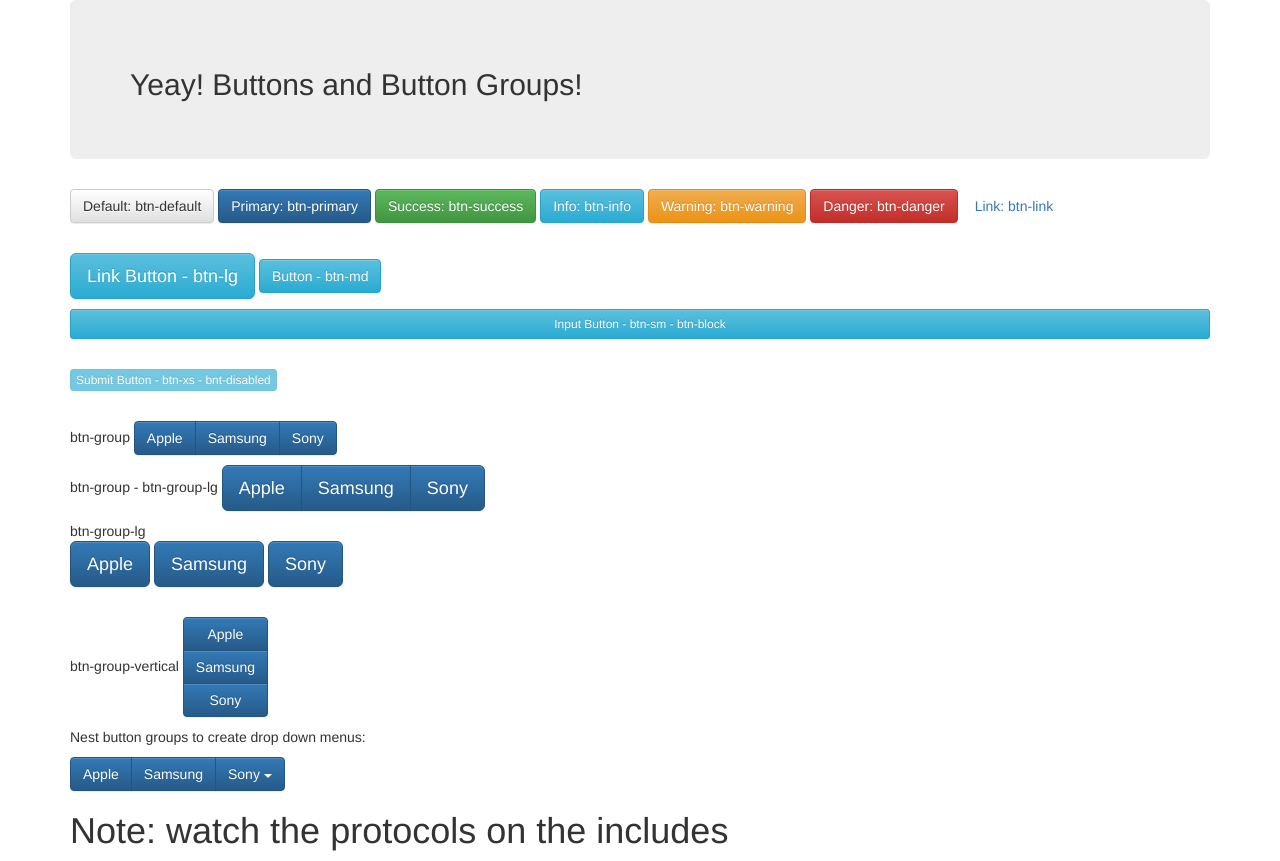
Repository: jksfoTemp/html-css-js
Page: -HTML5/bootstrap/buttons.html
The author's editor kept a record of every edit. The page is drawn from the files as they stood at one moment, then again after the next edit.
The browser window is 1280 px wide. The pictures show the whole page.
Some web libraries are served in a nearby version.

Above is the page before.

### -HTML5/bootstrap/buttons.html
<!DOCTYPE html>
<html lang="en">

<head>
    <title>Bootstrap - Buttons</title>
    <meta charset="utf-8">
    <meta name="viewport" content="width=device-width, initial-scale=1">

    <!-- <link rel="stylesheet" href="http://reset5.googlecode.com/hg/reset.min.css"> -->

    <!-- Latest compiled and minified CSS -->
    <link rel="stylesheet" href="https://maxcdn.bootstrapcdn.com/bootstrap/3.3.2/css/bootstrap.min.css">

    <!-- Optional theme -->
    <link rel="stylesheet" href="https://maxcdn.bootstrapcdn.com/bootstrap/3.3.2/css/bootstrap-theme.min.css">

    <script src="https://code.jquery.com/jquery-2.1.3.min.js"></script>

    <!-- Latest compiled and minified JavaScript -->
    <script src="https://maxcdn.bootstrapcdn.com/bootstrap/3.3.2/js/bootstrap.min.js">
    </script>

</head>

<body>
<div class="container">
    <div class="jumbotron ">
        <h2>Yeay! Buttons and Button Groups!</h2>
    </div>
    <div class="">
        <button type="button" class="btn btn-default">Default: btn-default</button>
        <button type="button" class="btn btn-primary">Primary: btn-primary</button>
        <button type="button" class="btn btn-success">Success: btn-success</button>
        <button type="button" class="btn btn-info">Info: btn-info</button>
        <button type="button" class="btn btn-warning">Warning: btn-warning</button>
        <button type="button" class="btn btn-danger">Danger: btn-danger</button>
        <button type="button" class="btn btn-link">Link: btn-link</button>
    </div>
    &nbsp;
    <p></p>
    <div class="">
        <a href="#" class="btn btn-info btn-primary btn-lg" role="button">Link Button - btn-lg</a>
        <button type="button" class="btn btn-info btn-primary btn-md">Button - btn-md</button>
        &nbsp;
        <p></p>
        <input type="button" class="btn btn-info btn-primary btn-sm btn-block" value="Input Button - btn-sm - btn-block"> &nbsp;
        <p></p>
        <input type="submit" class="btn btn-info btn-primary btn-xs disabled" value="Submit Button - btn-xs - bnt-disabled">

    </div>
    &nbsp;
    <p></p>
    btn-group
    <div class="btn-group">
        <button type="button" class="btn btn-primary">Apple</button>
        <button type="button" class="btn btn-primary">Samsung</button>
        <button type="button" class="btn btn-primary">Sony</button>
    </div>
    &nbsp;
    <p></p>
    btn-group - btn-group-lg
    <div class="btn-group btn-group-lg">
        <button type="button" class="btn btn-primary">Apple</button>
        <button type="button" class="btn btn-primary">Samsung</button>
        <button type="button" class="btn btn-primary">Sony</button>
    </div>
    &nbsp;
    <p></p>
    btn-group-lg
    <div class="btn-group-lg">
        <button type="button" class="btn btn-primary">Apple</button>
        <button type="button" class="btn btn-primary">Samsung</button>
        <button type="button" class="btn btn-primary">Sony</button>
    </div>
    &nbsp;
    <p></p>
    btn-group-vertical
    <div class="btn-group-vertical">
        <button type="button" class="btn btn-primary">Apple</button>
        <button type="button" class="btn btn-primary">Samsung</button>
        <button type="button" class="btn btn-primary">Sony</button>
    </div>
    &nbsp;
    <p></p>
    <p>Nest button groups to create drop down menus:</p>
    <div class="btn-group">
        <button type="button" class="btn btn-primary">Apple</button>
        <button type="button" class="btn btn-primary">Samsung</button>
        <div class="btn-group">
            <button type="button" class="btn btn-primary dropdown-toggle" data-toggle="dropdown">
                Sony <span class="caret"></span>
            </button>
            <ul class="dropdown-menu" role="menu">
                <li><a href="#">Tablet</a>
                </li>
                <li><a href="#">Smartphone</a>
                </li>
            </ul>
        </div>
    </div>
    <p></p>
    <h1>Note: watch the protocols on the includes</h1>

</div>
</body>

</html>

After the next edit:
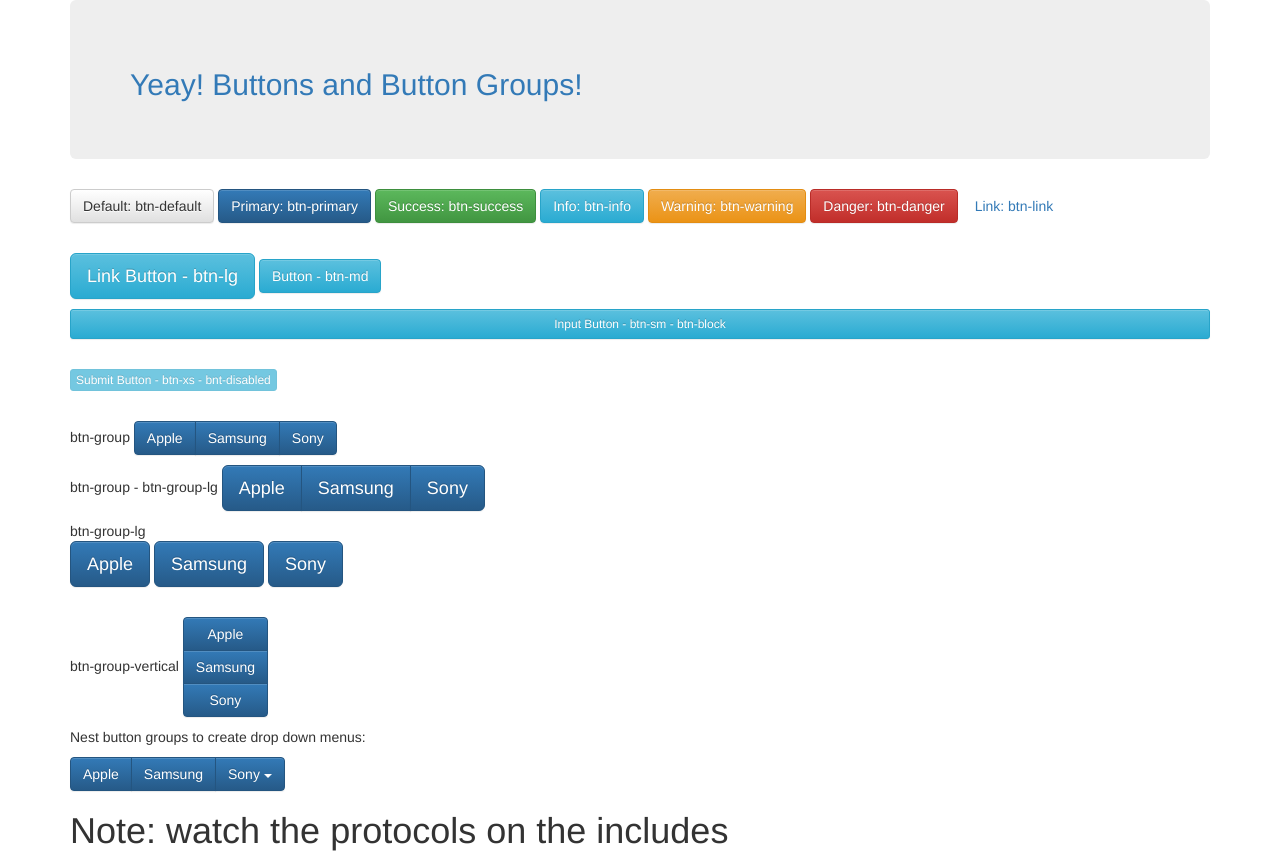
The edit:
--- a/-HTML5/bootstrap/buttons.html
+++ b/-HTML5/bootstrap/buttons.html
@@ -23,85 +23,85 @@
 </head>
 
 <body>
-<div class="container">
-    <div class="jumbotron ">
-        <h2>Yeay! Buttons and Button Groups!</h2>
-    </div>
-    <div class="">
-        <button type="button" class="btn btn-default">Default: btn-default</button>
-        <button type="button" class="btn btn-primary">Primary: btn-primary</button>
-        <button type="button" class="btn btn-success">Success: btn-success</button>
-        <button type="button" class="btn btn-info">Info: btn-info</button>
-        <button type="button" class="btn btn-warning">Warning: btn-warning</button>
-        <button type="button" class="btn btn-danger">Danger: btn-danger</button>
-        <button type="button" class="btn btn-link">Link: btn-link</button>
-    </div>
-    &nbsp;
-    <p></p>
-    <div class="">
-        <a href="#" class="btn btn-info btn-primary btn-lg" role="button">Link Button - btn-lg</a>
-        <button type="button" class="btn btn-info btn-primary btn-md">Button - btn-md</button>
+    <div class="container">
+        <div class="jumbotron ">
+            <h2><a href="http://www.w3schools.com/bootstrap/bootstrap_buttons.asp">Yeay! Buttons and Button Groups!</a></h2>
+        </div>
+        <div class="">
+            <button type="button" class="btn btn-default">Default: btn-default</button>
+            <button type="button" class="btn btn-primary">Primary: btn-primary</button>
+            <button type="button" class="btn btn-success">Success: btn-success</button>
+            <button type="button" class="btn btn-info">Info: btn-info</button>
+            <button type="button" class="btn btn-warning">Warning: btn-warning</button>
+            <button type="button" class="btn btn-danger">Danger: btn-danger</button>
+            <button type="button" class="btn btn-link">Link: btn-link</button>
+        </div>
         &nbsp;
         <p></p>
-        <input type="button" class="btn btn-info btn-primary btn-sm btn-block" value="Input Button - btn-sm - btn-block"> &nbsp;
+        <div class="">
+            <a href="#" class="btn btn-info btn-primary btn-lg" role="button">Link Button - btn-lg</a>
+            <button type="button" class="btn btn-info btn-primary btn-md">Button - btn-md</button>
+            &nbsp;
+            <p></p>
+            <input type="button" class="btn btn-info btn-primary btn-sm btn-block" value="Input Button - btn-sm - btn-block"> &nbsp;
+            <p></p>
+            <input type="submit" class="btn btn-info btn-primary btn-xs disabled" value="Submit Button - btn-xs - bnt-disabled">
+
+        </div>
+        &nbsp;
         <p></p>
-        <input type="submit" class="btn btn-info btn-primary btn-xs disabled" value="Submit Button - btn-xs - bnt-disabled">
+        btn-group
+        <div class="btn-group">
+            <button type="button" class="btn btn-primary">Apple</button>
+            <button type="button" class="btn btn-primary">Samsung</button>
+            <button type="button" class="btn btn-primary">Sony</button>
+        </div>
+        &nbsp;
+        <p></p>
+        btn-group - btn-group-lg
+        <div class="btn-group btn-group-lg">
+            <button type="button" class="btn btn-primary">Apple</button>
+            <button type="button" class="btn btn-primary">Samsung</button>
+            <button type="button" class="btn btn-primary">Sony</button>
+        </div>
+        &nbsp;
+        <p></p>
+        btn-group-lg
+        <div class="btn-group-lg">
+            <button type="button" class="btn btn-primary">Apple</button>
+            <button type="button" class="btn btn-primary">Samsung</button>
+            <button type="button" class="btn btn-primary">Sony</button>
+        </div>
+        &nbsp;
+        <p></p>
+        btn-group-vertical
+        <div class="btn-group-vertical">
+            <button type="button" class="btn btn-primary">Apple</button>
+            <button type="button" class="btn btn-primary">Samsung</button>
+            <button type="button" class="btn btn-primary">Sony</button>
+        </div>
+        &nbsp;
+        <p></p>
+        <p>Nest button groups to create drop down menus:</p>
+        <div class="btn-group">
+            <button type="button" class="btn btn-primary">Apple</button>
+            <button type="button" class="btn btn-primary">Samsung</button>
+            <div class="btn-group">
+                <button type="button" class="btn btn-primary dropdown-toggle" data-toggle="dropdown">
+                    Sony <span class="caret"></span>
+                </button>
+                <ul class="dropdown-menu" role="menu">
+                    <li><a href="#">Tablet</a>
+                    </li>
+                    <li><a href="#">Smartphone</a>
+                    </li>
+                </ul>
+            </div>
+        </div>
+        <p></p>
+        <h1>Note: watch the protocols on the includes</h1>
 
     </div>
-    &nbsp;
-    <p></p>
-    btn-group
-    <div class="btn-group">
-        <button type="button" class="btn btn-primary">Apple</button>
-        <button type="button" class="btn btn-primary">Samsung</button>
-        <button type="button" class="btn btn-primary">Sony</button>
-    </div>
-    &nbsp;
-    <p></p>
-    btn-group - btn-group-lg
-    <div class="btn-group btn-group-lg">
-        <button type="button" class="btn btn-primary">Apple</button>
-        <button type="button" class="btn btn-primary">Samsung</button>
-        <button type="button" class="btn btn-primary">Sony</button>
-    </div>
-    &nbsp;
-    <p></p>
-    btn-group-lg
-    <div class="btn-group-lg">
-        <button type="button" class="btn btn-primary">Apple</button>
-        <button type="button" class="btn btn-primary">Samsung</button>
-        <button type="button" class="btn btn-primary">Sony</button>
-    </div>
-    &nbsp;
-    <p></p>
-    btn-group-vertical
-    <div class="btn-group-vertical">
-        <button type="button" class="btn btn-primary">Apple</button>
-        <button type="button" class="btn btn-primary">Samsung</button>
-        <button type="button" class="btn btn-primary">Sony</button>
-    </div>
-    &nbsp;
-    <p></p>
-    <p>Nest button groups to create drop down menus:</p>
-    <div class="btn-group">
-        <button type="button" class="btn btn-primary">Apple</button>
-        <button type="button" class="btn btn-primary">Samsung</button>
-        <div class="btn-group">
-            <button type="button" class="btn btn-primary dropdown-toggle" data-toggle="dropdown">
-                Sony <span class="caret"></span>
-            </button>
-            <ul class="dropdown-menu" role="menu">
-                <li><a href="#">Tablet</a>
-                </li>
-                <li><a href="#">Smartphone</a>
-                </li>
-            </ul>
-        </div>
-    </div>
-    <p></p>
-    <h1>Note: watch the protocols on the includes</h1>
-
-</div>
 </body>
 
 </html>
